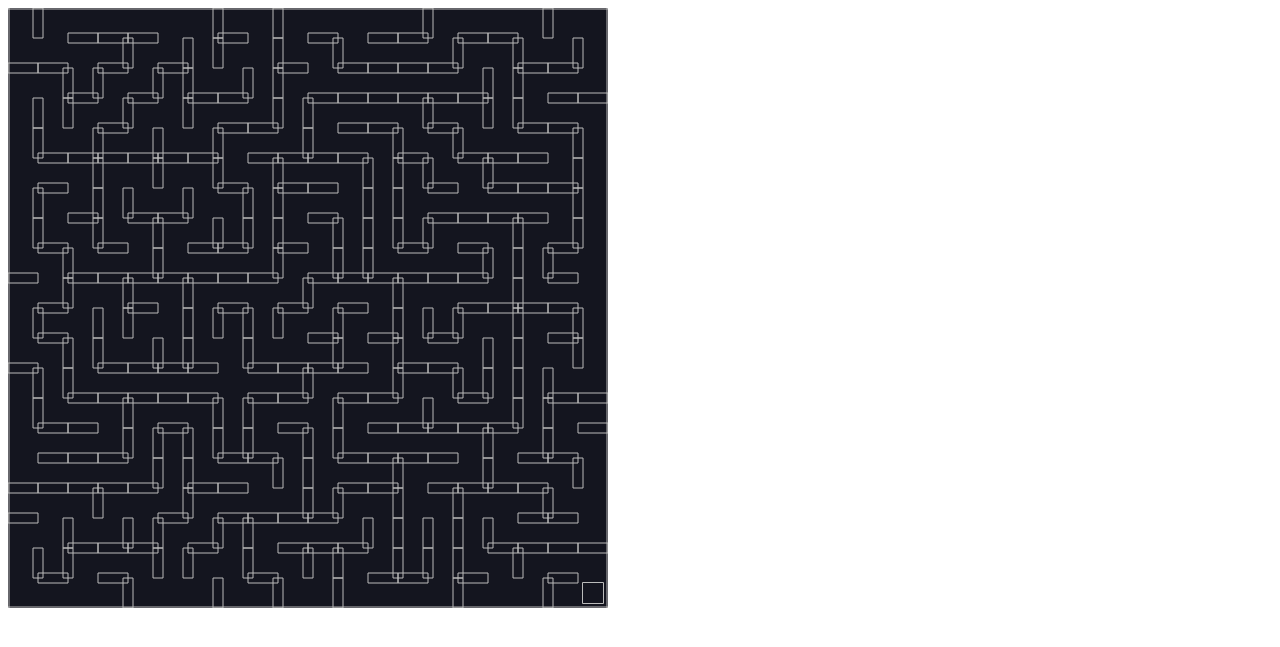
Repository: zhapar/JS-Bootcamp
Page: 3. Maze/index.html
An editor plug-in stored every save of this project. The page is shown before and after the next save, followed by the edit.
The browser window is 1280 px wide. The pictures show the whole page.
Some web libraries are served in a nearby version.

Above is the page before, as saved 2020-07-16 18:10:11.

### 3. Maze/index.html
<!DOCTYPE html>
<html lang="en">

<head>
  <meta charset="UTF-8">
  <meta name="viewport" content="width=device-width, initial-scale=1.0">
  <script src="https://cdnjs.cloudflare.com/ajax/libs/matter-js/0.14.2/matter.min.js"
    integrity="sha512-pi0tSRZdlNRZeANPwdAIHRAYg6gZZV6QlAiyHXn5TYqLzBKE9jlttO/QgYLMhISD6oNv2kPsVelx+n5nw0FqKA=="
    crossorigin="anonymous"></script>
  <title>Maze</title>
</head>

<body>


  <script src="app.js"></script>
</body>

</html>

### 3. Maze/app.js
const {
  Engine,
  Render,
  Runner,
  World,
  Bodies,
  // Mouse, *For  mouse*
  // MouseConstraint,
} = Matter;

const cells = 20;
const width = 600;
const height = 600;

const unitLength = width / cells;

const engine = Engine.create();
const { world } = engine;
const render = Render.create({
  element: document.body,
  engine: engine,
  options: {
    // wireframes: false,
    width,
    height,
  },
});

Render.run(render);
Runner.run(Runner.create(), engine);

//  ** To move shapes with mouse **
// World.add(
//   world,
//   MouseConstraint.create(engine, {
//     mouse: Mouse.create(render.canvas),
//   })
// );

// Walls
const walls = [
  Bodies.rectangle(width / 2, 0, width, 2, { isStatic: true }),
  Bodies.rectangle(width / 2, height, width, 2, { isStatic: true }),
  Bodies.rectangle(0, height / 2, 2, height, { isStatic: true }),
  Bodies.rectangle(width, height / 2, 2, height, { isStatic: true }),
];
World.add(world, walls);

// To create a random shapes
// for (let i = 0; i < 50; i++) {
//   if (Math.random() > 0.5) {
//     World.add(
//       world,
//       Bodies.rectangle(Math.random() * width, Math.random() * height, 50, 50)
//     );
//   } else {
//     World.add(
//       world,
//       Bodies.circle(Math.random() * width, Math.random() * height, 35, {
//         render: {
//           fillStyle: "red",
//         },
//       })
//     );
//   }
// }

// Maze generation

const shuffle = (arr) => {
  let counter = arr.length;

  while (counter > 0) {
    const index = Math.floor(Math.random() * counter);

    counter--;

    const temp = arr[counter];
    arr[counter] = arr[index];
    arr[index] = temp;
  }

  return arr;
};

const grid = Array(cells)
  .fill(null)
  .map(() => Array(cells).fill(false));

const verticals = Array(cells)
  .fill(null)
  .map(() => Array(cells - 1).fill(false));

const horizontals = Array(cells - 1)
  .fill(null)
  .map(() => Array(cells).fill(false));

const startRow = Math.floor(Math.random() * cells);
const startColumn = Math.floor(Math.random() * cells);

const stepThroughCell = (row, column) => {
  // If i have visited the cell at [row, column], then return
  if (grid[row][column]) {
    return;
  }

  // Mark this cell as being visited
  grid[row][column] = true;

  // Assemble randomly-ordered lisy of neighbors
  const neighbors = shuffle([
    [row - 1, column, "up"],
    [row, column + 1, "right"],
    [row + 1, column, "down"],
    [row, column - 1, "left"],
  ]);

  // For each neighbor
  for (let neighbor of neighbors) {
    const [nextRow, nextColumn, direction] = neighbor;

    // See if that neighbour out of the bounds
    if (
      nextRow < 0 ||
      nextRow >= cells ||
      nextColumn < 0 ||
      nextColumn >= cells
    ) {
      continue;
    }

    // If we have visited that neighbor, continue to next neighbor
    if (grid[nextRow][nextColumn]) {
      continue;
    }

    // Remove a wall from either horizontals or verticals
    if (direction === "left") {
      verticals[row][column - 1] = true;
    } else if (direction === "right") {
      verticals[row][column] = true;
    } else if (direction === "up") {
      horizontals[row - 1][column] = true;
    } else if (direction === "down") {
      horizontals[row][column] = true;
    }

    // Visit that next cell
    stepThroughCell(nextRow, nextColumn);
  }
};

stepThroughCell(startRow, startColumn);

horizontals.forEach((row, rowIndex) => {
  row.forEach((open, columnIndex) => {
    if (open) {
      return;
    }

    const wall = Bodies.rectangle(
      columnIndex * unitLength + unitLength / 2,
      rowIndex * unitLength + unitLength,
      unitLength,
      10,
      { isStatic: true }
    );

    World.add(world, wall);
  });
});

verticals.forEach((row, rowIndex) => {
  row.forEach((open, columnIndex) => {
    if (open) {
      return;
    }

    const wall = Bodies.rectangle(
      columnIndex * unitLength + unitLength,
      rowIndex * unitLength + unitLength / 2,
      10,
      unitLength,
      { isStatic: true }
    );

    World.add(world, wall);
  });
});

const goal = Bodies.rectangle(
  width - unitLength / 2,
  height - unitLength / 2,
  unitLength * 0.7,
  unitLength * 0.7,
  { isStatic: true }
);

World.add(world, goal);

After the next save:
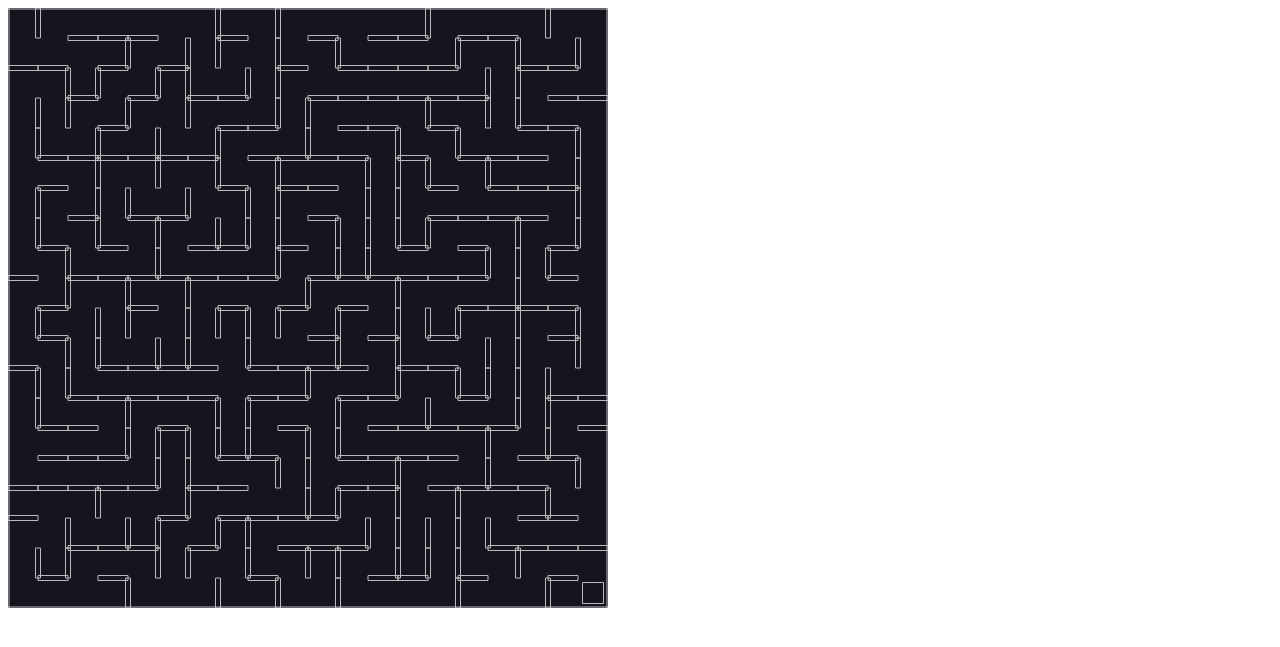
Saved 16 s later.
--- a/3. Maze/app.js
+++ b/3. Maze/app.js
@@ -162,7 +162,7 @@ horizontals.forEach((row, rowIndex) => {
       columnIndex * unitLength + unitLength / 2,
       rowIndex * unitLength + unitLength,
       unitLength,
-      10,
+      5,
       { isStatic: true }
     );
 
@@ -179,7 +179,7 @@ verticals.forEach((row, rowIndex) => {
     const wall = Bodies.rectangle(
       columnIndex * unitLength + unitLength,
       rowIndex * unitLength + unitLength / 2,
-      10,
+      5,
       unitLength,
       { isStatic: true }
     );
